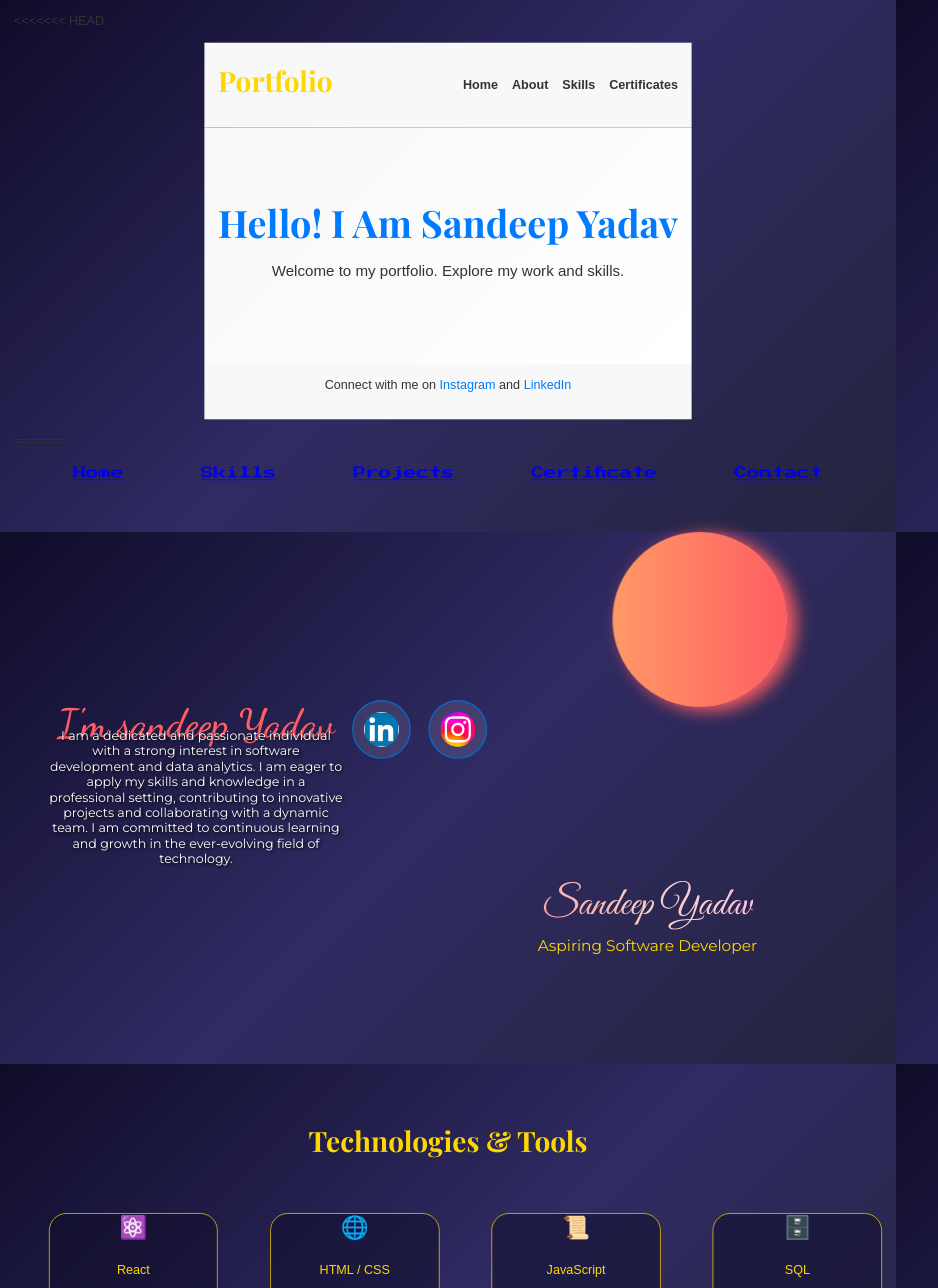
Repository: SandeepYadav18717/Sandeep_portfolio
Page: /
An editor plug-in stored every save of this project. The page is shown before and after the next save, followed by the edit.
The browser window is 1280 px wide. The page is 1340 px wide, so the pictures cover 1340 px, including what lies to the right of the window. The pictures show the part of the page from y = 0 to 1840 px (the page is 4565 px tall), at 70% of full size.
The project was rebuilt for these pictures with package versions that can differ from the ones it lists, and the page was loaded fresh each time. Also part of the build but not shown: vite.config.js.

Above is the page before, as saved 2025-09-03 06:00:43.

After the next save:
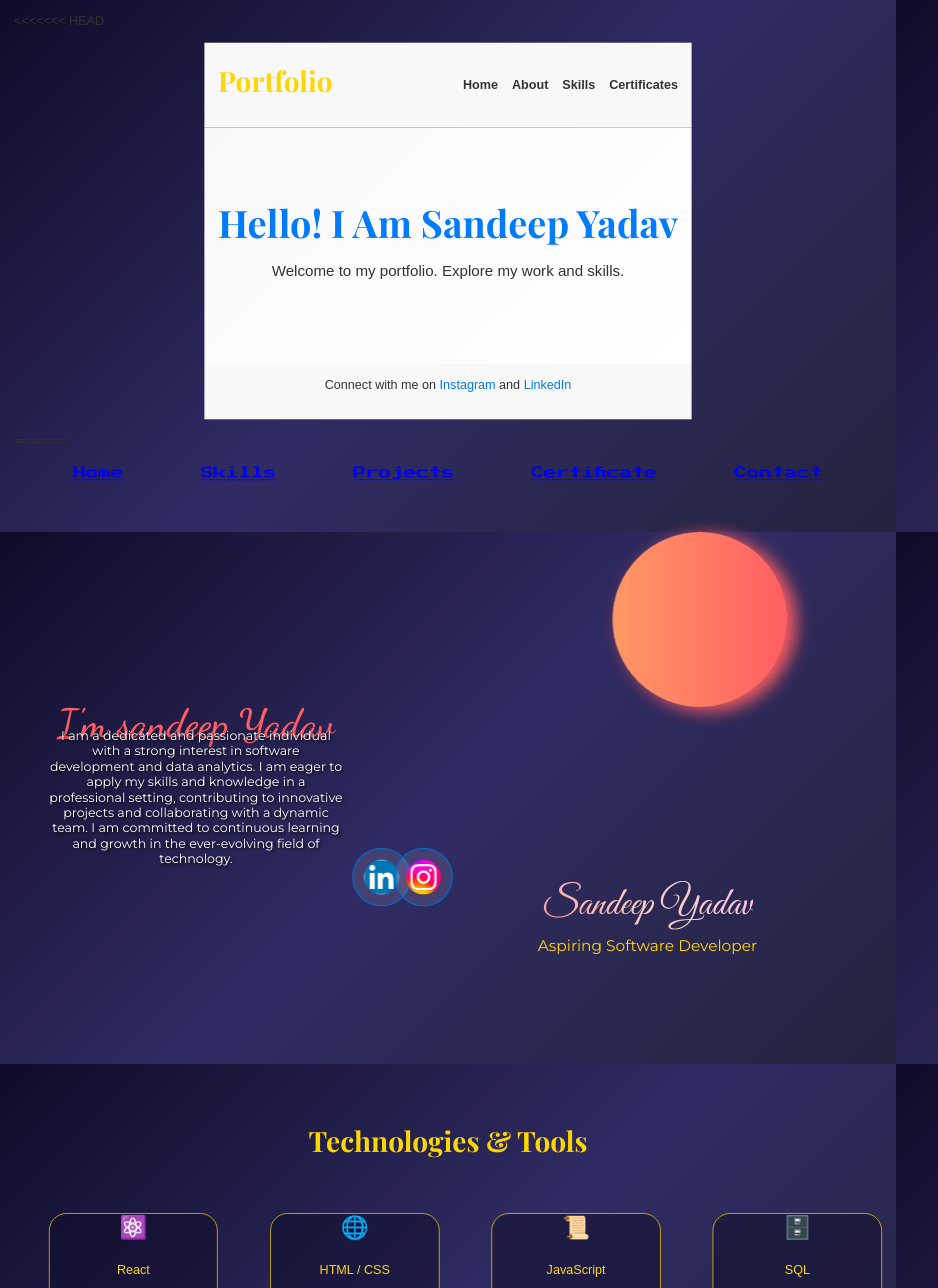
Saved 4 s later.
--- a/src/Pages/Home.css
+++ b/src/Pages/Home.css
@@ -134,7 +134,7 @@
 
 
 
-#Linkdin,#{
+#Linkdin,#instagram{
   height:50px;
   width:50px;
   margin-top: 40%;
